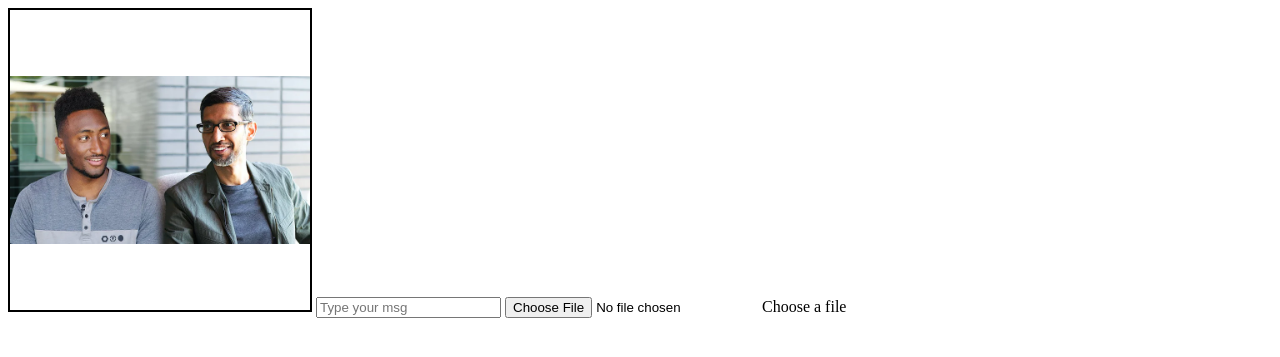
Repository: RagulRanjeeth/Frontend
Page: CloneYoutube/index.html
The author's editor kept a copy of each file at every save. The page is drawn from the files as they stood at one save, then again after the next save.
The browser window is 1280 px wide. The pictures show the whole page.

Above is the page before, as saved 2026-01-22 14:29:47.

### CloneYoutube/index.html
<!DOCTYPE html>
<html>
    <head><title>Youtube Clone</title>
    <link rel="stylesheet" href="Styles.css"></head>
    <body>
        <img class="Thumbnails" src="Thumbnails/thumbnail-1.webp">

        <input type="text" placeholder="Type your msg">


        <input type="file">
        <span id="text">Choose a file</span>
    </body>
</html>

### CloneYoutube/Styles.css
.Thumbnails{
    width: 300px;
    height:300px;
    object-fit: contain;
    object-position:center;
    border-width: 2px;
    border-style:solid;
}

After the next save:
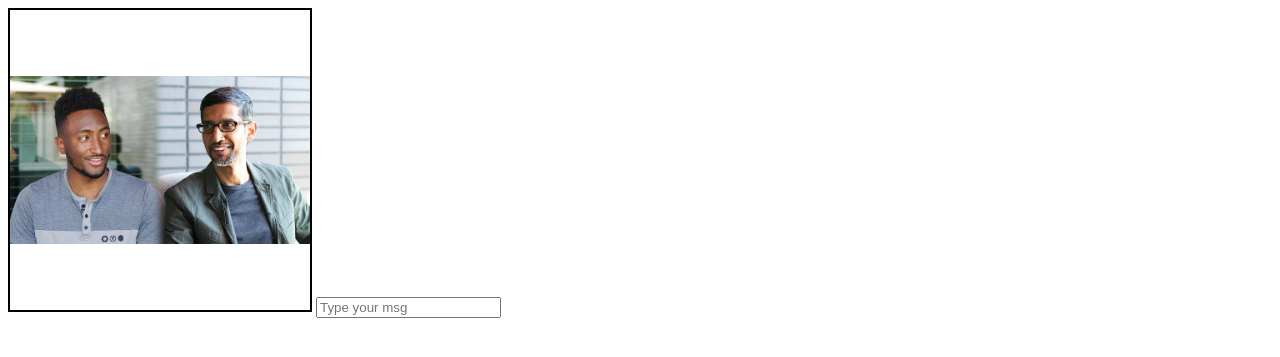
Saved 27 s later.
--- a/CloneYoutube/index.html
+++ b/CloneYoutube/index.html
@@ -7,8 +7,5 @@
 
         <input type="text" placeholder="Type your msg">
 
-
-        <input type="file">
-        <span id="text">Choose a file</span>
     </body>
 </html>
